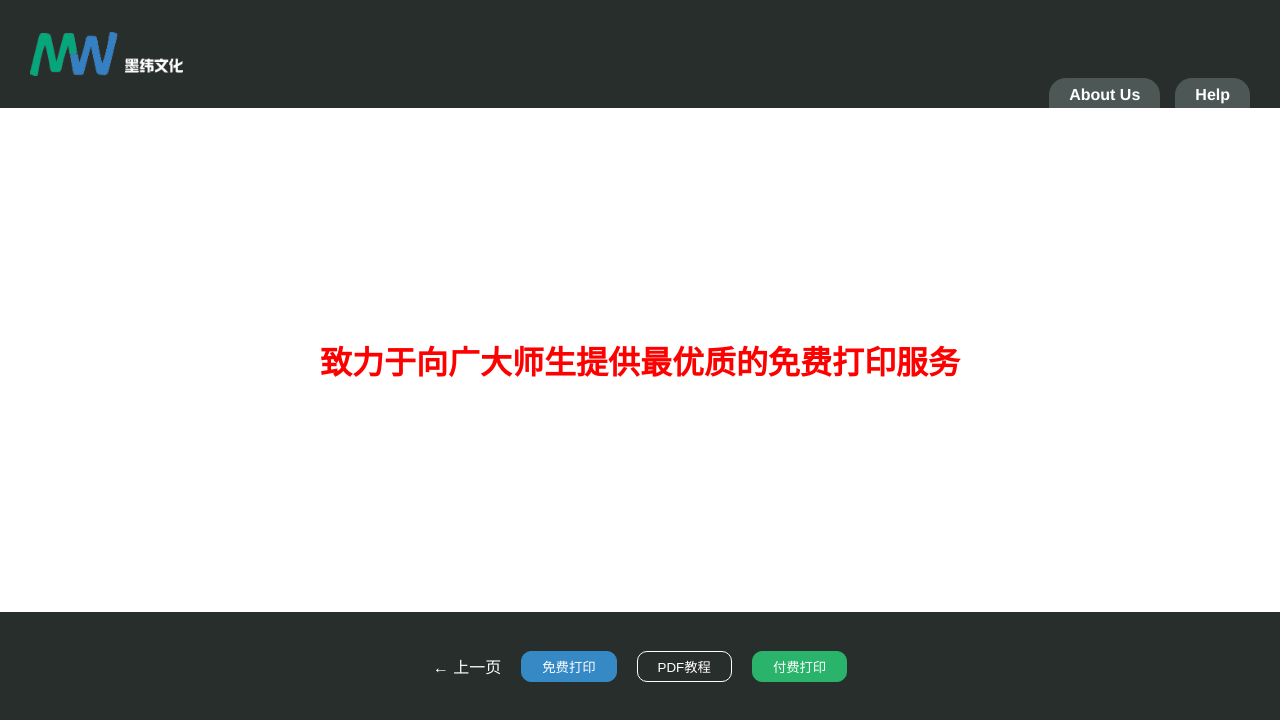
Repository: sucksucksucksuck/mw
Page: /#/about
The author's editor kept a copy of each file at every save. The page is drawn from the files as they stood at one save, then again after the next save.
The browser window is 1280 px wide. The pictures show the whole page.
The project was rebuilt for these pictures with package versions that can differ from the ones it lists, and the page was loaded fresh each time. Also part of the build but not shown: webpack.config.js, src/components/HelloWorld.vue, src/components/Suck.vue, src/components/Register.vue.

Above is the page before, as saved 2018-04-13 17:36:50.

### index.html
<!DOCTYPE html>
<html>
  <head>
    <meta charset="utf-8">
    <meta name="viewport" content="width=device-width,initial-scale=1.0">
    <title>mw文化</title>
  </head>
  <body>
    <div id="app">

    </div>
  </body>
</html>

### src/App.vue
<template>
  <div id="app">
    <header>
      <img src="./assets/images/logo.png" alt="">
      <div class="btn">
        <router-link to="About">About Us</router-link>
        <router-link to="Help">Help</router-link>
      </div>
    </header>
    <div class="wrap">
      <router-view/>
    </div>
    <footer>
      <div @click='back'>
        ← 上一页
      </div>
      <button type="button" class="free">
        免费打印
      </button>
      <button type="button" class="pdf">
        PDF教程
      </button>
      <button type="button" class="pay">
        付费打印
      </button>
    </footer>
  </div>
</template>

<script>
  export default {
    name: 'App',
    methods: {
      back: function () {
        this.$router.go(-1)
      }
    }
  }

</script>

<style>
  #app {
    font-family: 'Avenir', Helvetica, Arial, sans-serif;
    -webkit-font-smoothing: antialiased;
    -moz-osx-font-smoothing: grayscale;
    text-align: center;
    color: #fff;
    background-color: #282E2C;
    height: 100%;
    display: flex;
    flex-direction: column;
    flex: 1;
    width: 100%;
    overflow: hidden;
    position: absolute;
    top: 0;
    left: 0;
  }

  header {
    background: #282E2C;
    height: 15%;
    justify-content: space-between;
    align-items: center;
    display: flex;
  }

  header .btn {
    margin-right: 30px;
    display: flex;
    flex-direction: row;
    justify-content: space-between;
    align-self: flex-end;
  }

  header .btn a {
    margin-left: 15px;
    border: none;
    background: rgba(225, 255, 255, 0.2);
    color: #fff;
    border-top-left-radius: 17px;
    border-top-right-radius: 17px;
    padding: 8px 20px 4px 20px;
    font-weight: 600;
    text-decoration: none;
  }
  .router-link-active {
    background:#959595 !important;
  }

  .wrap {
    flex: 1;
    display: flex;
    background: #fff;
  }

  header img {
    height: 40%;
    margin-left: 30px;
  }

  * {
    margin: 0;
  }

  footer {
    background: #282E2C;
    height: 15%;
    justify-content: center;
    display: flex;
    align-items: center
  }

  footer div {
    cursor: pointer;
  }

  footer div:hover {
    color: #3580C4;
  }

  .free {
    margin-left: 20px;
    border: 1px solid #3589C5;
    background: #3589C5;
    color: #fff;
    border-radius: 10px;
    padding: 5px 20px;
    cursor: pointer;
    outline: none;
  }

  .pdf {
    margin-left: 20px;
    border: 1px solid #fff;
    box-sizing: content-box;
    background: transparent;
    color: #fff;
    border-radius: 10px;
    padding: 5px 20px;
    cursor: pointer;
    outline: none;
  }

  .pay {
    margin-left: 20px;
    border: 1px solid #2AB36B;
    background: #2AB36B;
    color: #fff;
    border-radius: 10px;
    padding: 5px 20px;
    cursor: pointer;
    outline: none;
  }

</style>

### src/router/index.js
import Vue from 'vue'
import Router from 'vue-router'
import HelloWorld from '@/components/HelloWorld'
import Suck from '@/components/Suck'
import Register from '@/components/Register'
import About from '@/components/About'
Vue.use(Router)

export default new Router({
  routes: [
    {
      path: '/',
      name: 'HelloWorld',
      component: HelloWorld
    },
    {
      path: '/suck',
      name: 'Suck',
      component: Suck
    },
    {
      path: '/register',
      name: 'Register',
      component: Register
    },
    {
        path: '/about',
        name: 'About',
        component: About
      }
  ]
})

### src/components/About.vue
<template>
  <div class="about">
    <h1>致力于向广大师生提供最优质的免费打印服务</h1>
  </div>
</template>

<script>
  export default {
    name: 'About'
  }

</script>

<!-- Add "scoped" attribute to limit CSS to this component only -->
<style scoped>
  h1 {
    color: red;
  }

  .about {
    display: flex;
    flex: 1;
    justify-content: center;
    align-items: center;
  }

</style>

Loaded but not shown: src/main.js (common file)

After the next save:
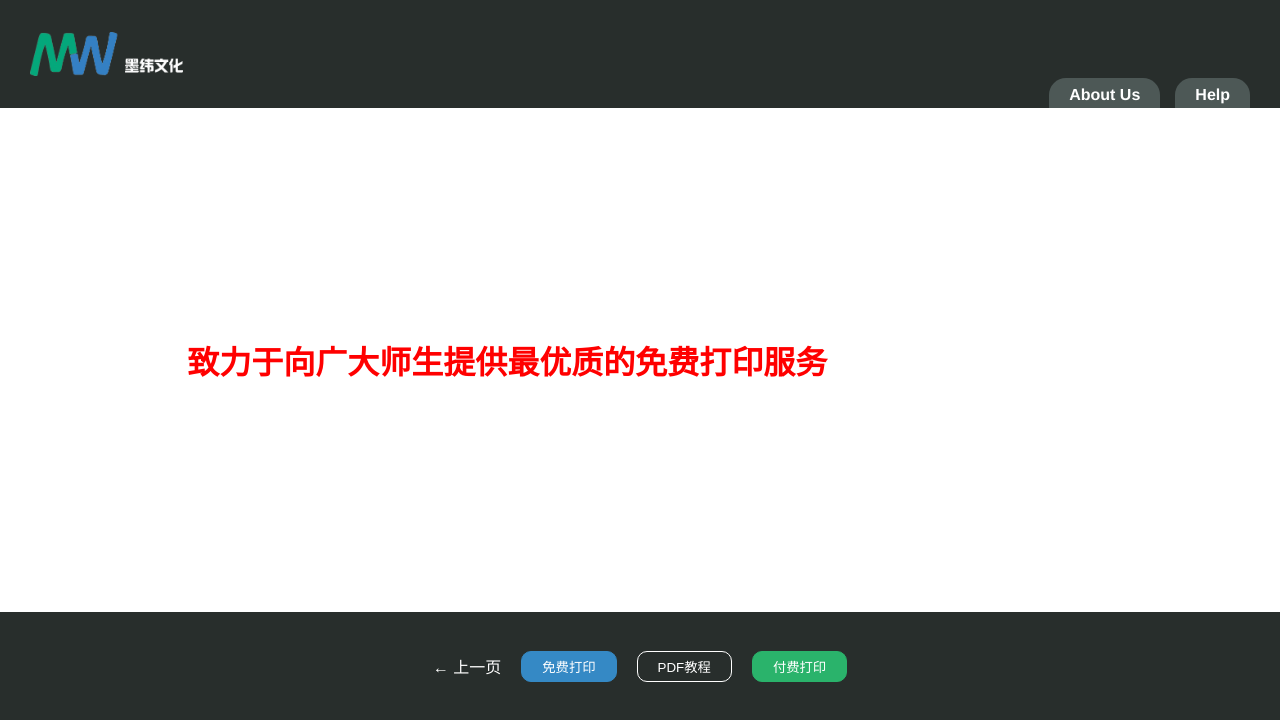
Saved 22 s later.
--- a/src/components/About.vue
+++ b/src/components/About.vue
@@ -1,6 +1,7 @@
 <template>
   <div class="about">
     <h1>致力于向广大师生提供最优质的免费打印服务</h1>
+    <h2>微信公众号:mwfreeprint</h2>
   </div>
 </template>
 
